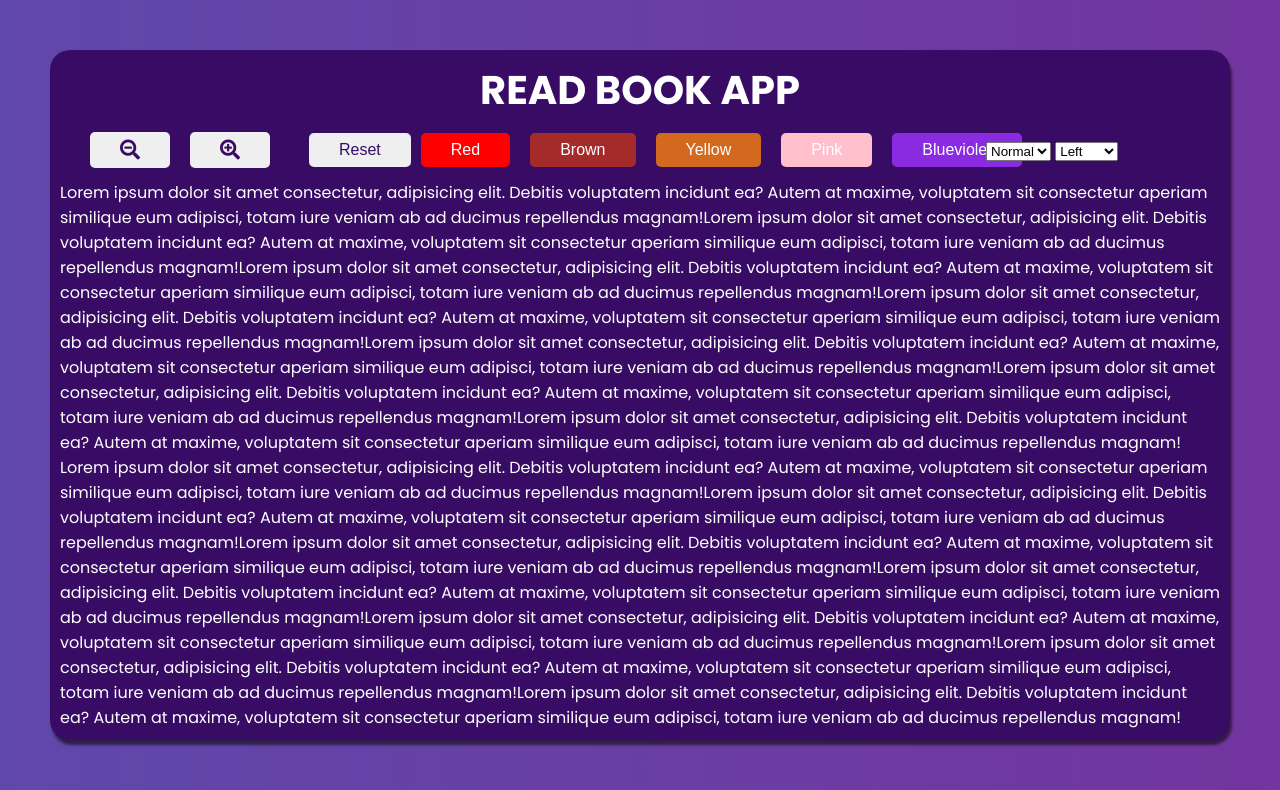
Repository: dinhconglam2306/frontend_tu_xa
Page: b09/02-reading-info/index.html
These files come from the project's save history. The page is drawn as it stood at one moment and after the next save; the edit follows.
The browser window is 1280 px wide. The pictures show the whole page.
Some web libraries are served in a nearby version. The style sheet was rebuilt from its Sass, Less or Tailwind sources for each picture, by a compiler version that may differ from the author's.

Above is the page before, as saved 2021-04-25 07:12:11.

After the next save:
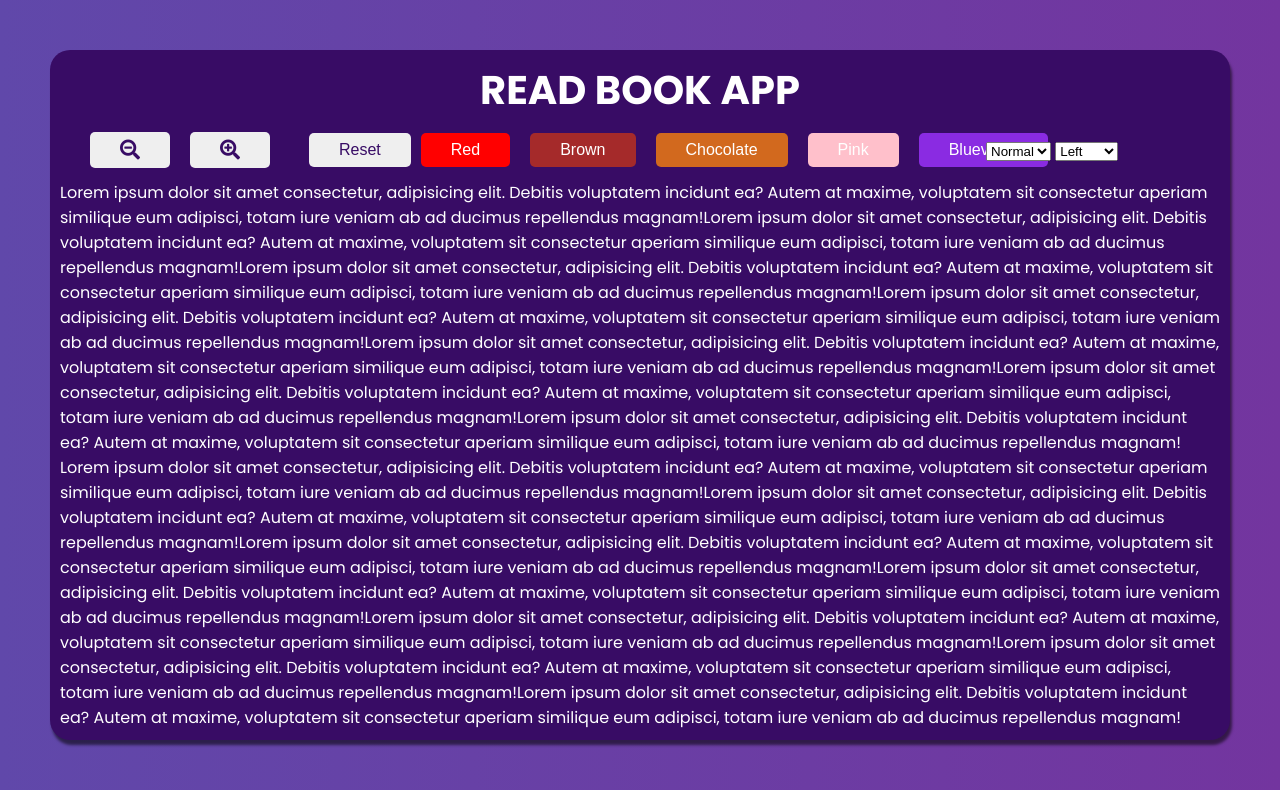
Saved 12 s later.
--- a/b09/02-reading-info/index.html
+++ b/b09/02-reading-info/index.html
@@ -47,9 +47,9 @@
           </button>
           <button
             class="app-controls-bg__color app-controls-bg__color-yellow"
-            data-color="yellow"
+            data-color="chocolate"
           >
-            Yellow
+            Chocolate
           </button>
           <button
             class="app-controls-bg__color app-controls-bg__color-pink"
